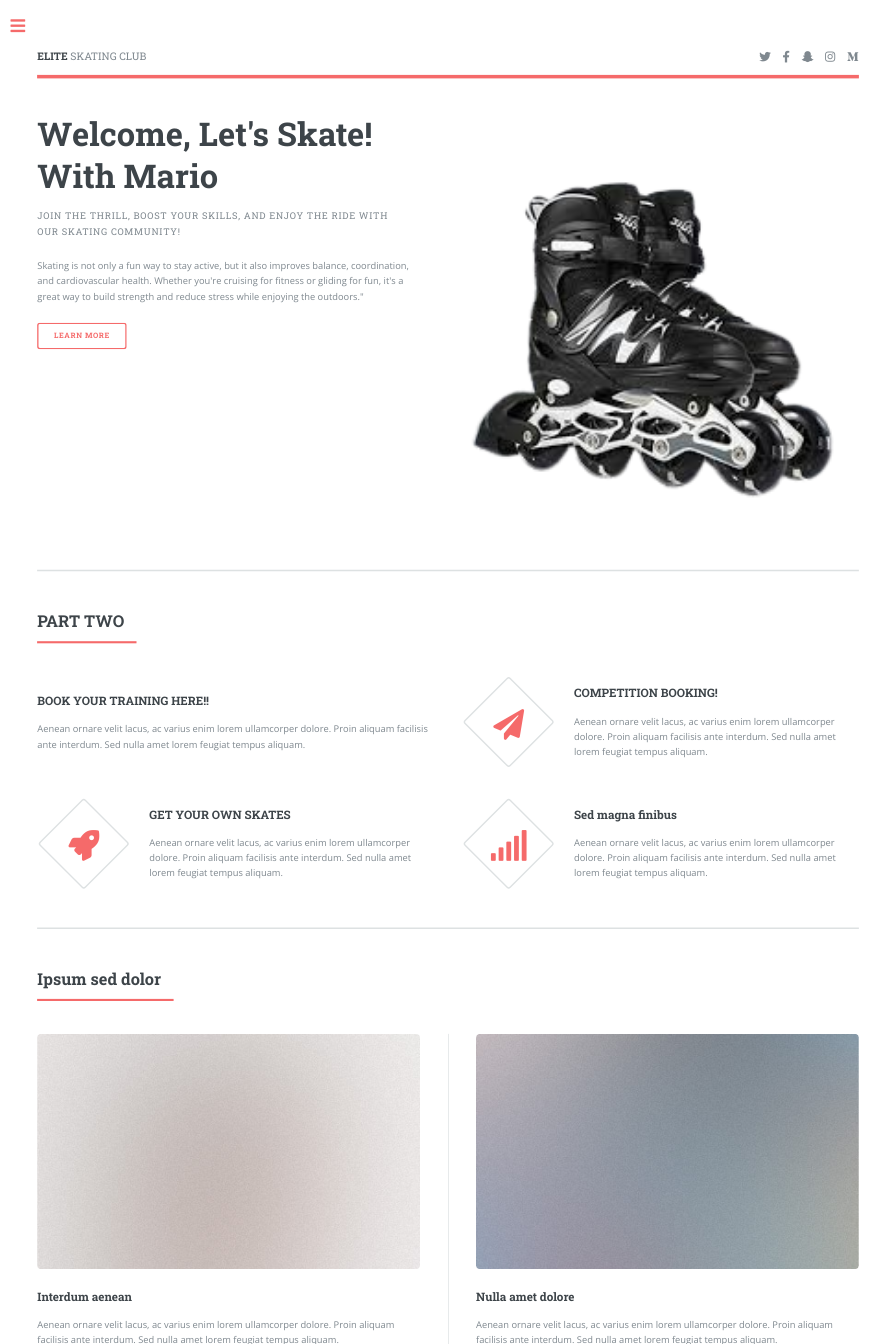
Repository: rachel648/New_Elite
Page: index.html
An editor plug-in stored every save of this project. The page is shown before and after the next save, followed by the edit.
The browser window is 1280 px wide. The pictures show the part of the page from y = 0 to 1920 px (the page is 3230 px tall), at 70% of full size.

Above is the page before, as saved 2024-09-20 13:54:34.

After the next save:
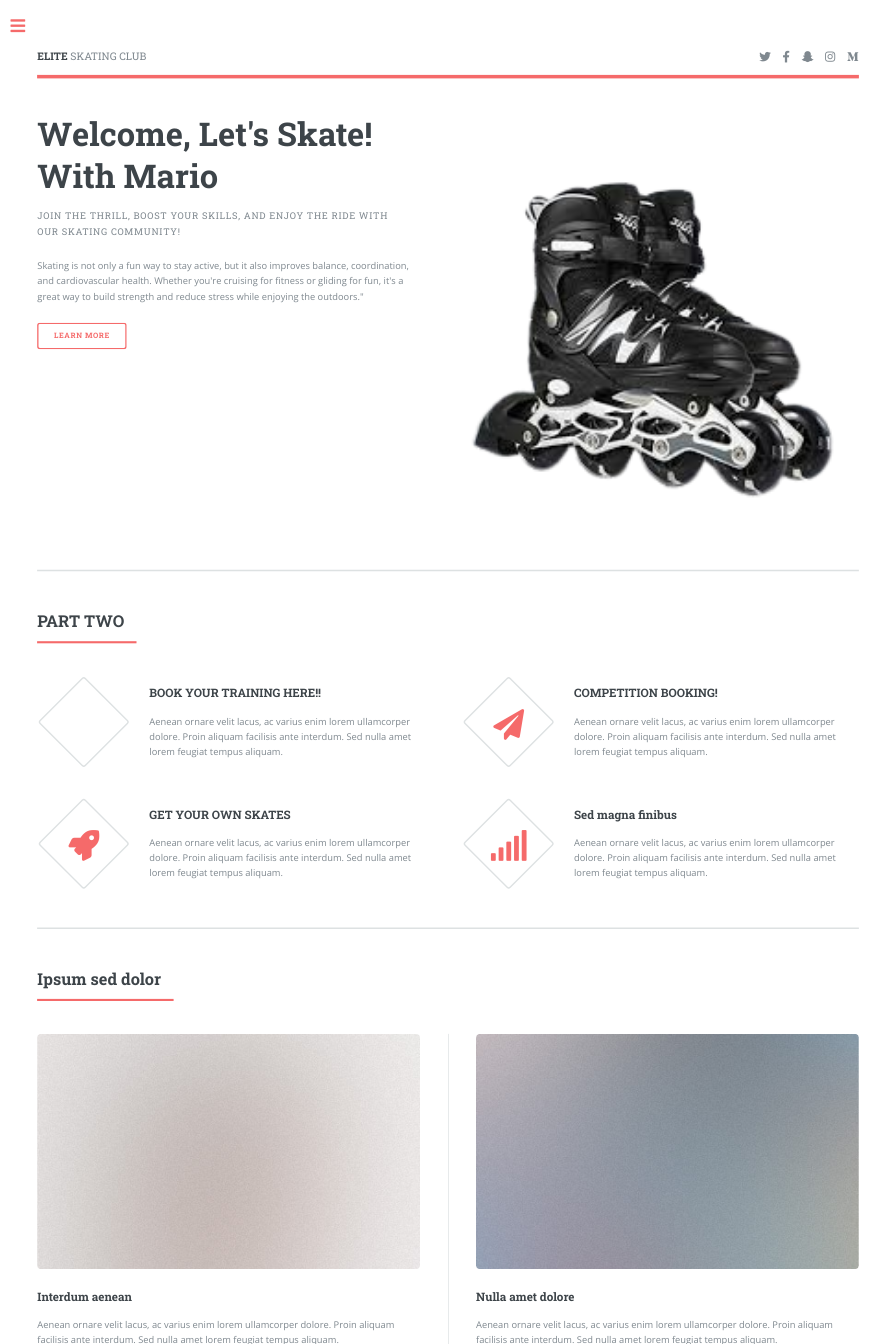
Saved 86 s later.
--- a/index.html
+++ b/index.html
@@ -52,7 +52,7 @@
 									</header>
 									<div class="features">
 										<article>
-											<span class=""></span>
+											<span class="icon diamond"></span>
 											<div class="content">
 												<h3>BOOK YOUR TRAINING HERE!!</h3>
 												<p>Aenean ornare velit lacus, ac varius enim lorem ullamcorper dolore. Proin aliquam facilisis ante interdum. Sed nulla amet lorem feugiat tempus aliquam.</p>
